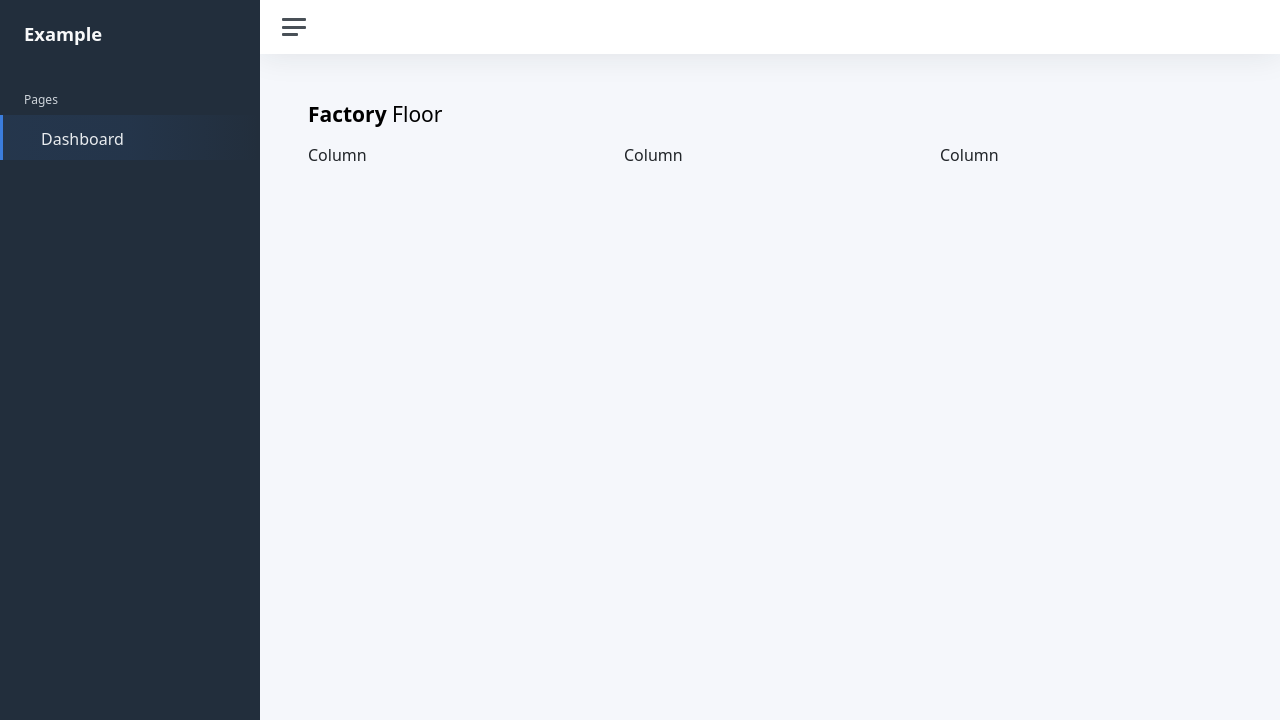
Repository: nick2price2003/rr-app
Page: /
An editor plug-in stored every save of this project. The page is shown before and after the next save, followed by the edit.
The browser window is 1280 px wide. The pictures show the whole page.
The project was rebuilt for these pictures with package versions that can differ from the ones it lists, and the page was loaded fresh each time. The framework's server and built-in components were replaced by stand-ins that run in the browser. Also part of the build but not shown: next.config.js.

Above is the page before, as saved 2022-10-11 13:16:18.

After the next save:
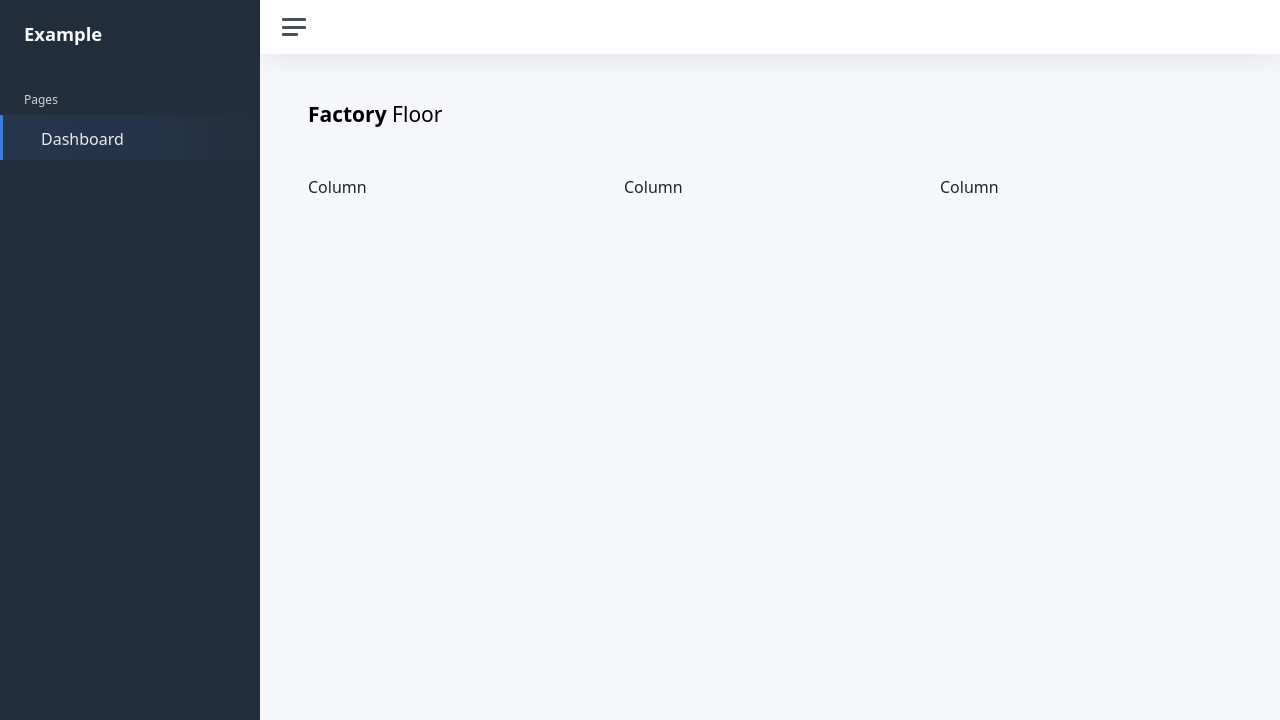
Saved 5 s later.
--- a/pages/index.js
+++ b/pages/index.js
@@ -40,7 +40,7 @@ export default function Home() {
               <h1 className='h3 mb-3'>
                 <strong>Factory</strong> Floor
               </h1>
-              <div className='row m'>
+              <div className='row my-5'>
                 <div className='col'>Column</div>
                 <div className='col'>Column</div>
                 <div className='col'>Column</div>
